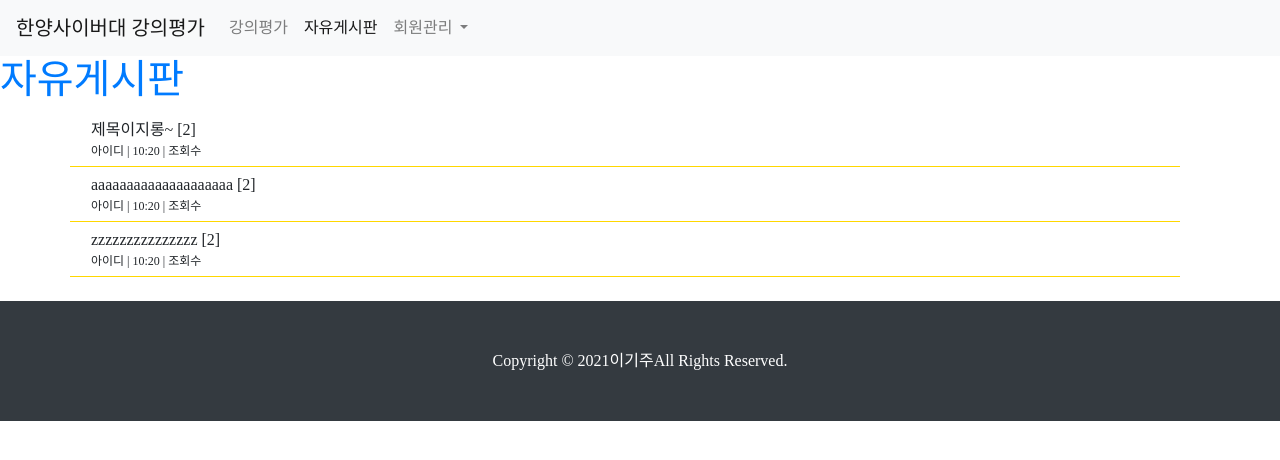
Repository: lkjjjang/hycu
Page: http://localhost/hycujjang/mobile.jsp
These files come from the project's save history. The page is drawn as it stood at one moment and after the next save; the edit follows.
The browser window is 1280 px wide. The pictures show the whole page.
Some web fonts or font styles are not loaded; a fallback is used. The page is served by Tomcat 9. Nobody is signed in. The application's start-up code is not run. Other server files are loaded and not shown.

Above is the page before, as saved 2022-01-02 09:28:19.

### hycujjang/WebContent/mobile.jsp
<%@ page language="java" contentType="text/html; charset=UTF-8"
    pageEncoding="UTF-8"%>
<%@ page import="java.util.ArrayList" %>
<%@ page import="java.net.URLEncoder" %>
<%@ page import="java.io.PrintWriter" %>
<%@ taglib prefix="c" uri="http://java.sun.com/jsp/jstl/core"%>
<%@ taglib prefix="fmt" uri="http://java.sun.com/jsp/jstl/fmt"%>

<!DOCTYPE html>
<html>
<head>
	<meta charset="UTF-8">
	<meta name="viewport" content="width=device-width, initial-scale=1, shrink-to-fit=no">
	<title>한양사이버대 강의평가</title>
	<!-- 부트스트랩 CSS 추가하기 -->
	<link rel="stylesheet"
			href="https://stackpath.bootstrapcdn.com/bootstrap/4.4.1/css/bootstrap.min.css"
			integrity="sha384-Vkoo8x4CGsO3+Hhxv8T/Q5PaXtkKtu6ug5TOeNV6gBiFeWPGFN9MuhOf23Q9Ifjh"
			crossorigin="anonymous">
	<!-- 커스텀 CSS 추가하기 -->
	<link rel="stylesheet" href="./css/custom.css">
	<style>
		.b{
			border: solid 1px black;
		}
	</style>
</head>
<body>
	<nav class="navbar navbar-expand-md navbar-light bg-light">
		<a class="navbar-brand" href="index.jsp">한양사이버대 강의평가</a>
		<button class="navbar-toggler" type="button" data-toggle="collapse" data-target="#navbar">
			<span class="navbar-toggler-icon"></span>
		</button>
		<div id="navbar" class="collapse navbar-collapse">
			<ul class="navbar-nav mr-auto">
				<li class="nav-item">
					<a class="nav-link" href="lectureBoardController?pageNumber=1">강의평가</a>
				</li>
				<li class="nav-item active">
					<a class="nav-link" href="freeBoardController?pageNumber=1">자유게시판</a>
				</li>
				<li class="nav-item dropdown">
					<a class="nav-link dropdown-toggle" id="dropdown" data-toggle="dropdown" href="index.jsp">
						회원관리
					</a>
					<div class="dropdown-menu" aria-labelledby="dropdown">
						<a class="dropdown-item" href="logout.jsp">로그아웃</a>
					</div>
				</li>
			</ul>
		</div>
	</nav>
	<h1>
   		<a class="ed link-primary text-bold title-underline" href="freeBoardController?pageNumber=1">자유게시판</a>
	</h1>
	<div class="container">
		<div class="row" style="height: auto; width: 100%; border-bottom:1px solid gold; padding: 6px;">
			<div class="col-12">
				제목이지롱~ [2]
			</div>
			<div class="col-12" style="font-size: 12px">
				아이디 | 10:20 | 조회수
			</div>
		</div>
		<div class="row" style="height: auto; width: 100%; border-bottom:1px solid gold; padding: 6px;">
			<div class="col-12">
				aaaaaaaaaaaaaaaaaaaa [2]
			</div>
			<div class="col-12" style="font-size: 12px">
				아이디 | 10:20 | 조회수
			</div>
		</div>
		<div class="row" style="height: auto; width: 100%; border-bottom:1px solid gold; padding: 6px;">
			<div class="col-12">
				zzzzzzzzzzzzzzz [2]
			</div>
			<div class="col-12" style="font-size: 12px">
				아이디 | 10:20 | 조회수
			</div>
		</div>
	</div>
  		<!--
  		${userID == 'admin'} 세션에 있는 유저 아이디
  		넘어오는 목록${freeBBS}
  		<c:if test="${userID == 'admin'}">
			<input type="checkbox" name="delCheck_id" id="delCheck_id" value="${freeBBS.bbsID}">
		</c:if>
		${freeBBS.bbsID}
		<a href="freeBoardDetailController?id=${freeBBS.bbsID}">${freeBBS.bbsTitle}</a>

  		${freeBBS.nickName}
  		${freeBBS.bbsHit}
  		${freeBBS.bbsDate}

  		-->
		<!-- 페이지번호 출력 -->
		<!-- 파라미터로 들어오는 페이지 번호를 이용해 startNum값을 구함 -->



	<footer class="bg-dark mt-4 p-5 text-center" style="color: #FFFFFF;">
		Copyright &copy; 2021이기주All Rights Reserved.
	</footer>
	<script src="https://code.jquery.com/jquery-3.6.0.js"
  			integrity="sha256-H+K7U5CnXl1h5ywQfKtSj8PCmoN9aaq30gDh27Xc0jk="
  			crossorigin="anonymous">
	</script>
	<script src="https://cdn.jsdelivr.net/npm/popper.js@1.16.0/dist/umd/popper.min.js"
			integrity="sha384-Q6E9RHvbIyZFJoft+2mJbHaEWldlvI9IOYy5n3zV9zzTtmI3UksdQRVvoxMfooAo"
			crossorigin="anonymous">
	</script>
	<script src="https://maxcdn.bootstrapcdn.com/bootstrap/4.0.0/js/bootstrap.min.js"
			integrity="sha384-JZR6Spejh4U02d8jOt6vLEHfe/JQGiRRSQQxSfFWpi1MquVdAyjUar5+76PVCmYl"
			crossorigin="anonymous">
	</script>
	<script type="text/javascript">
		function guestWrite() {
			alert('게스트 계정은 글작성이 불가능 합니다.');
		}
	</script>
	<script type="text/javascript">
		function deleteAll() {
			var checkList = document.getElementsByName('delCheck_id');
			var checkedList = new Array();
			var count = 0;
			for (var i = 0; i < checkList.length; i++) {
				if (checkList[i].checked == true) {
					count++;
					checkedList[i] = checkList[i].value;
				}
			}

			if (count == 0) {
				alert('선택사항이 없습니다.');
				return;
			}

			var data = new Array();
			for (var i = 0; i < checkedList.length; i++) {
				if (checkedList[i] != null) {
					var dataTemp = new Object();
					dataTemp.id = checkedList[i];
					data.push(dataTemp);
				}
			}

			$.ajax({
				type: "post",
				url: "freeBoardDeleteController",
				data: JSON.stringify(data),
				contentType: "application/json; charset=utf-8",
				dataType: "json",

				success: function(json) {
					if (json[0].resultCode == 'ok') {
						alert('삭제 되었습니다.');
					} else {
						alert('데이터베이스 오류 입니다.');
					}
					location.reload();
				},
				error: function(json) {
					alert('시스템 오류 입니다.')
				}
			});
		}
	</script>
	<script type="text/javascript">
		function select(tagID) {
			var id = tagID.id;
			var checkList = document.getElementsByName('delCheck_id');
			for (var i = 0; i < checkList.length; i++) {
				if (id == 'selectAll') {
					checkList[i].checked = true;
				} else {
					checkList[i].checked = false;
				}
			}

			if (id == 'selectAll') {
				changeId('cancel', '선택해제');
			} else {
				changeId('selectAll', '전체선택');
			}
		}

		function changeId(id, text)  {
			  const btnElement = document.getElementById('checkList');
			  btnElement.innerHTML = '<button class="btn btn-primary" id="' + id + '" onclick="select(this)">'+ text +'</button>' +
			  							'<button class="btn btn-danger" id="deleteAll" onclick="deleteAll()">선택삭제</button>';
		}
	</script>
</body>
</html>

### hycujjang/WebContent/css/custom.css
@import url(https://fonts.googleapis.com/earlyaccess/jejugothic.css);
@import url(https://fonts.googleapis.com/css2?family=Nanum+Gothic&display=swap);
.navbar-brand, h1, h2, h3, h4 {
	font-family: 'Jeju Gothic';
}
h5 {
	font-family: 'Jeju Gothic';
	font-size: 18px;
}
body {
	font-family: 'Nanum Gothic';
}

After the next save:
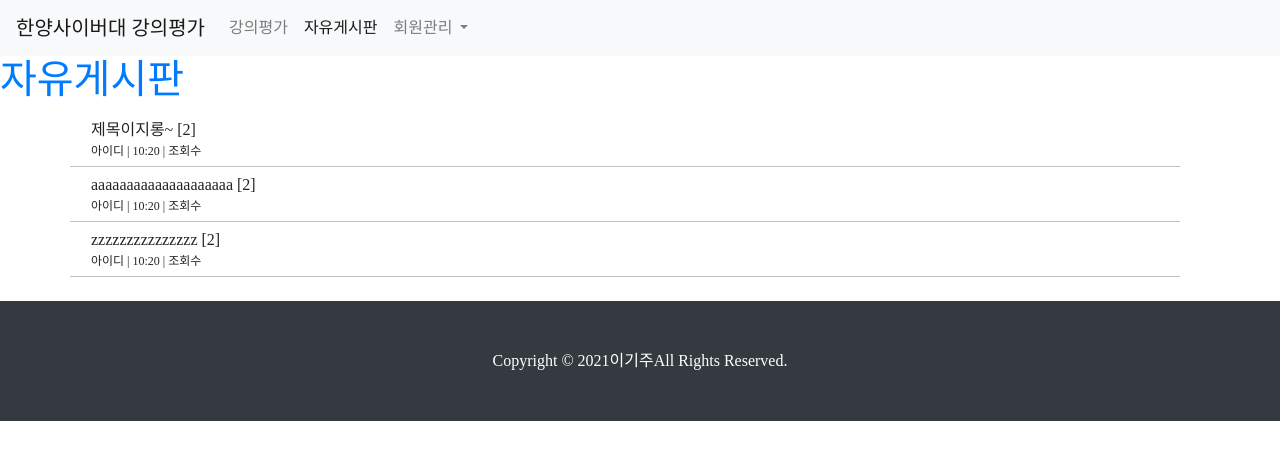
Saved 62 s later.
--- a/hycujjang/WebContent/mobile.jsp
+++ b/hycujjang/WebContent/mobile.jsp
@@ -54,7 +54,7 @@
    		<a class="ed link-primary text-bold title-underline" href="freeBoardController?pageNumber=1">자유게시판</a>
 	</h1>
 	<div class="container">
-		<div class="row" style="height: auto; width: 100%; border-bottom:1px solid gold; padding: 6px;">
+		<div class="row" style="height: auto; width: 100%; border-bottom:1px solid silver; padding: 6px;">
 			<div class="col-12">
 				제목이지롱~ [2]
 			</div>
@@ -62,7 +62,7 @@
 				아이디 | 10:20 | 조회수
 			</div>
 		</div>
-		<div class="row" style="height: auto; width: 100%; border-bottom:1px solid gold; padding: 6px;">
+		<div class="row" style="height: auto; width: 100%; border-bottom:1px solid silver; padding: 6px;">
 			<div class="col-12">
 				aaaaaaaaaaaaaaaaaaaa [2]
 			</div>
@@ -70,7 +70,7 @@
 				아이디 | 10:20 | 조회수
 			</div>
 		</div>
-		<div class="row" style="height: auto; width: 100%; border-bottom:1px solid gold; padding: 6px;">
+		<div class="row" style="height: auto; width: 100%; border-bottom:1px solid silver; padding: 6px;">
 			<div class="col-12">
 				zzzzzzzzzzzzzzz [2]
 			</div>
